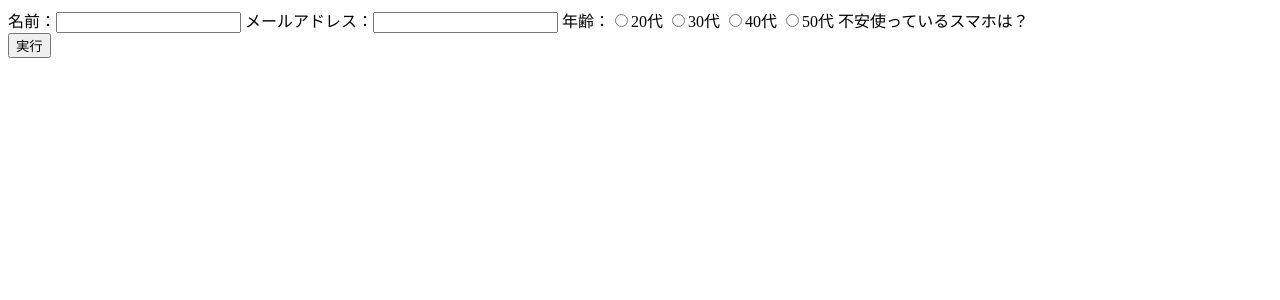
Repository: myojosamurai/Samurai_JS-
Page: javascript1/index9-6.html
The author's editor kept a record of every edit. The page is drawn from the files as they stood at one moment, then again after the next edit.
The browser window is 1280 px wide. The pictures show the whole page.

Above is the page before.

### javascript1/index9-6.html
<!DOCTYPE html>
<html lang="ja">
  <head>
    <meta charset="utf-8">
    <title>9.6 演習問題</title>
  </head>
<body>
  <form name="myForm">
    名前：<input type="text" name="myText">
    メールアドレス：<input type="text" name="myText">
    年齢：<input type="radio" name="age" value="20代" />20代
    <input type="radio" name="age" value="30代" />30代
    <input type="radio" name="age" value="40代" />40代
    <input type="radio" name="age" value="50代" />50代
    不安使っているスマホは？

  </form>
  <button id="btn">実行</button>




  <script>

  </script>
</body>
</html>

After the next edit:
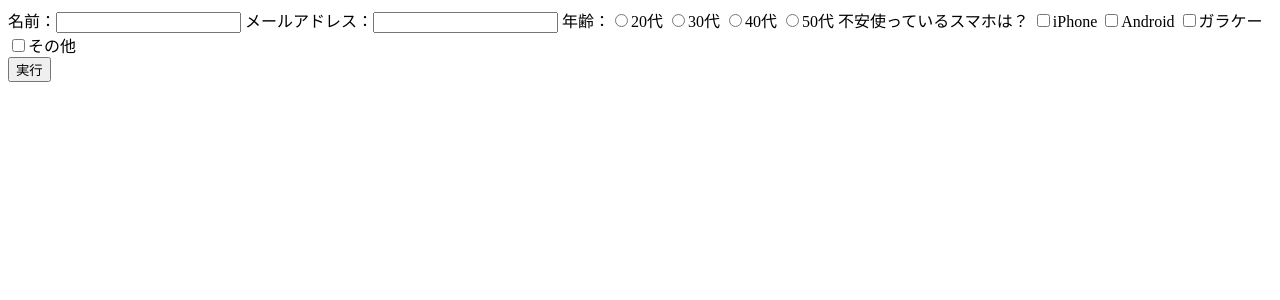
The edit:
--- a/javascript1/index9-6.html
+++ b/javascript1/index9-6.html
@@ -13,7 +13,10 @@
     <input type="radio" name="age" value="40代" />40代
     <input type="radio" name="age" value="50代" />50代
     不安使っているスマホは？
-
+    <input type="checkbox" name="mobile" value="iPhone" />iPhone
+    <input type="checkbox" name="mobile" value="Android" />Android
+    <input type="checkbox" name="mobile" value="ガラケー" />ガラケー
+    <input type="checkbox" name="mobile" value="その他" />その他
   </form>
   <button id="btn">実行</button>
 
